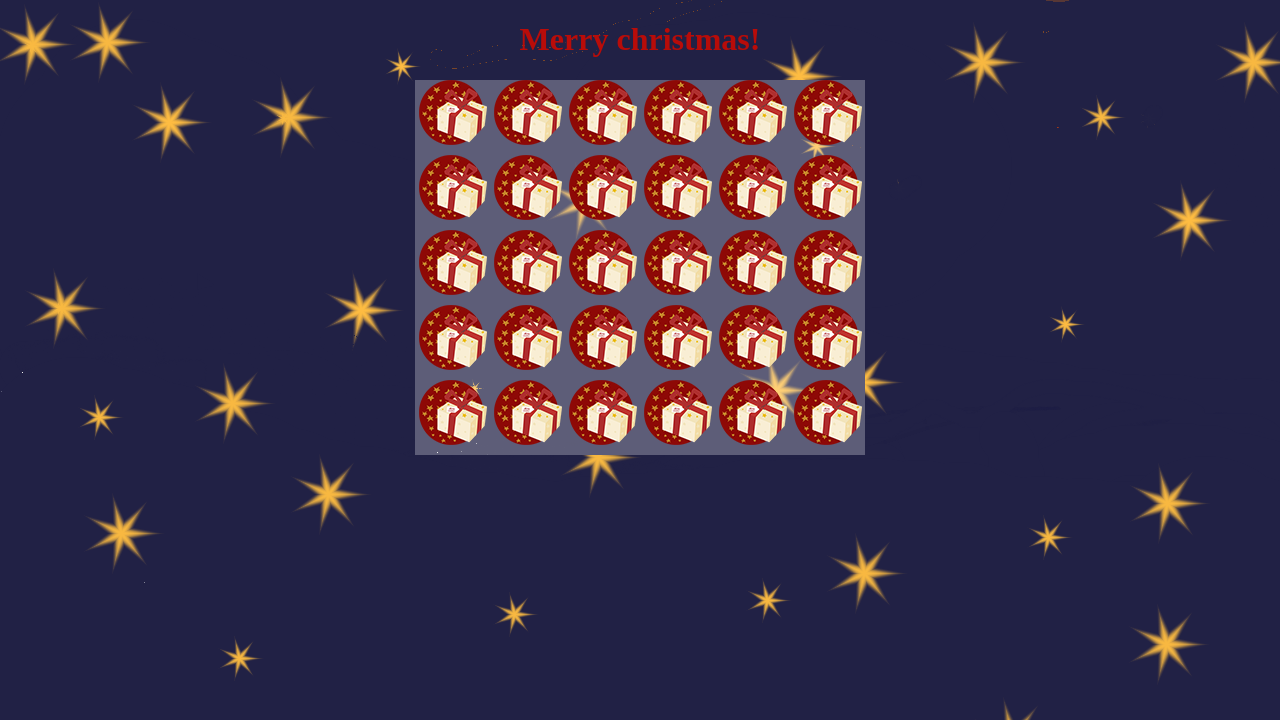
Repository: Angamanga/1dv403-laborationer
Page: 3-gameon/memory/index.html
The author's editor kept a record of every edit. The page is drawn from the files as they stood at one moment, then again after the next edit.
The browser window is 1280 px wide. The pictures show the whole page.
Some web fonts or font styles are not loaded; a fallback is used.

Above is the page before.

### 3-gameon/memory/index.html
<!doctype html>
<html lang="sv">

<head>
    <meta charset="utf-8" />
    <title>Game On!</title>
    <link href='//fonts.googleapis.com/css?family=Mountains+of+Christmas' rel='stylesheet' type='text/css'>
    <link rel="stylesheet" media="screen and (min-width:501px)" href="css/style.css">
    <link rel="stylesheet" media="screen and (max-width:500px)" href="css/mobile.css">
    <meta name="viewport" content="width=device-width, minimum-scale=1">



</head>

<body>
    <main>
        <h1>Merry christmas!</h1>

            <div id="game1"></div>
            <!--<div id="game2"></div>-->


    </main>
     <script src="js/random.js"></script>
     <script src="js/brick.js"></script>
    <script src="js/memory.js"></script>
    <script src="js/script.js"></script>
</body>
</html>

### 3-gameon/memory/css/style.css
/*@media screen and (min-width: 501px)*/
body{
    font-family: 'Mountains of Christmas', cursive;
    background:url(christmassy.png);
    background-color:#E6C79C;
    color:#B80C09;
}

main{
    max-width:960px;

    margin:auto;
    text-align:center;
}
#game1{
    background:url(christmassy-blur.png);
    overflow:hidden;
    background:
    margin:20px;
    margin:0 auto;


}

#game2{

    margin:0 auto;
    border: 1px dotted grey;
}
#game1 > div, #game2>div{
    float:left;
    width:75px;
    height:75px
}

/*#game1, #game2 > div{*/
/*    background: url(/pics/back.jpg) no-repeat;*/
/*}*/

### 3-gameon/memory/js/random.js

var RandomGenerator = {

	/*
		Denna metod tar antalet rader och columner som inparameter.

		Metoden returnerar en array inneh�llandes utslumpade tal mellan 1 och (rows*cols)/2. Varje tal representeras tv�
		g�nger och motsvarar s�ledes en spelbricka.

		I en 4*4 matris kan Arrayen t.ex. se ut s� h�r:
		[1,2,6,8,6,2,5,3,1,3,7,5,8,4,4,7]

		I en 2*4 matris kan Arrayen t.ex. se ut s� h�r:
		[3,4,4,1,2,1,2,3]
	*/

	getPictureArray: function(rows, cols)
	{
		var numberOfImages = rows*cols;
		var maxImageNumber = numberOfImages/2;

	   	var imgPlace = [];

	   //Utplacering av bilder i Array
	   for(var i=0; i<numberOfImages; i++)
		  imgPlace[i] = 0;

		for(var currentImageNumber=1; currentImageNumber<=maxImageNumber; currentImageNumber++)
		{
			var imageOneOK = false;
			var imageTwoOK = false;

			do
			{
				if(imageOneOK == false)
				{
					var randomOne = Math.floor( (Math.random() * (rows*cols-0) + 0) );

					if( imgPlace[randomOne] == 0 )
					{
						imgPlace[randomOne] = currentImageNumber;
						imageOneOK = true;
					}
				}

				if(imageTwoOK == false)
				{
					var randomTwo = Math.floor( (Math.random() * (rows*cols-0) + 0) );

					if( imgPlace[randomTwo] == 0 )
					{
						imgPlace[randomTwo] = currentImageNumber;
						imageTwoOK = true;
					}
				}
			}
			while(imageOneOK == false || imageTwoOK == false);
		}

		return imgPlace;
	}
}

### 3-gameon/memory/js/brick.js
"use strict";
function Brick(id){

	this.getBrickID = function(){
		return id;
	};
	this.getBrickSrc= function(){
		return "pics/" + id +".png";
	}


	}

### 3-gameon/memory/js/memory.js
"use strict";

var Memory = function(rows, cols, gameID) {
    this.rows = rows; // antal rader
    this.cols = cols; // antal kolumner
    this.gameID = gameID; //hanvisning till div id
    this.order = RandomGenerator.getPictureArray(rows, cols); //array med slumpade nummer
    this.bricks = []; //array med brickor som ska anvandas
    this.flippedBricks = [];
    this.counter = 0;
    this.nbCorrectGuesses = 0;
    this.classID;
    this.nbGuesses = 0;

};

Memory.prototype.flipBrick = function(n, backImage) {
        if (this.counter === 0) {
            this.flippedBricks.push(this.bricks[n].getBrickID());
            this.classID = n;

            return this.bricks[n].getBrickSrc();
        }
        else if (this.counter === 1) {
            this.flippedBricks.push(this.bricks[n].getBrickID());
            return this.bricks[n].getBrickSrc();
        }
    }
    //         else if(this.counter===1){
    //             backImage.src = this.bricks[n].getBrickSrc();
    //             this.brick2=this.bricks[n].getBrickID();
    //           var brick1=document.getElementsByClassName(this.classID);
    //         //     if(this.brick1.getBrickID()===this.brick2.getBrickID()){
    //         //     this.nbCorrectGuesses+2;
    //         //     if(this.nbCorrectGuesses===this.bricks.length){
    //         //     alert("Du klarade det pa " +this.nbCorrectGuesses/2+" gissningar!");
    //         //  }
    //         // else{
    //      setTimeout(function() {
    //         backImage.src = "pics/back.png";
    //         brick1.backImage.src="pics/back.png";
    //      }, 700);
    //      this.counter=0;

//     //     }
//     //   };

//             }
//         }.bind(this);


//   };

Memory.prototype.addBricks = function(n) {
    var memBoard = document.getElementById(this.gameID);
    memBoard.style.width=(this.cols*75+"px");
    memBoard.style.height=(this.rows*75+"px");
    var a = document.createElement("a");
    var backImage = document.createElement("img");
    var div = document.createElement("div");
    a.setAttribute("href", "#");
    backImage.setAttribute("class", n);
    backImage.src = "pics/back.png";
    memBoard.appendChild(div);
    div.appendChild(a);
    a.appendChild(backImage);

    a.onclick = function(e) {
        console.log(this.nbCorrectGuesses);
        if (this.counter === 0) {
            backImage.src = this.flipBrick(n);
            this.counter = 1;
            this.nbGuesses += 1;
            }
        else if (this.counter === 1) {
            backImage.src = this.flipBrick(n);
            if (this.flippedBricks[0] === this.flippedBricks[1]) {
                this.nbCorrectGuesses += 2;
                    if (this.nbCorrectGuesses === this.bricks.length) {
                        alert("You won the game! You needed " + this.nbGuesses + " to finish the game!");
                    }
            }
            else {
                    setTimeout(function() {
                        backImage.src = "pics/back.png";
                        var firstBrick = memBoard.getElementsByClassName(this.classID)[0];
                     firstBrick.src="pics/back.png";
                        }.bind(this), 700);
                    }
                this.flippedBricks=[];
                this.counter=0;
                }

    }.bind(this);

};

Memory.prototype.start = function() {
    //skapar brickor med slumpade id:n och lagger dom i arrayen bricks.
    for (var i = 0; i < this.order.length; i++) {
        this.bricks[i] = new Brick(this.order[i]);
    }
    //lagger ut brickorna pa sidan
    for (var j = 0; j < this.bricks.length; j++) {
        this.addBricks(j);
    }
};

### 3-gameon/memory/js/script.js
"use strickt";
var MemoryApp = {
   init: function(){
      var mem1 = new Memory(5,6,"game1");
      //var mem2 = new Memory(4,3,"game2");
      mem1.start();
      //mem2.start();
   }
};

window.onload=MemoryApp.init();

### 3-gameon/memory/css/mobile.css
/*@media screen and (max-width: 500px)*/
body{
    font-family: 'Mountains of Christmas', cursive;
    background-color:#E6C79C;
    color:#143109;
}
main{
    max-width:90%;
    background-color:#B80C09;
    margin:auto;
    text-align:center;
}

After the next edit:
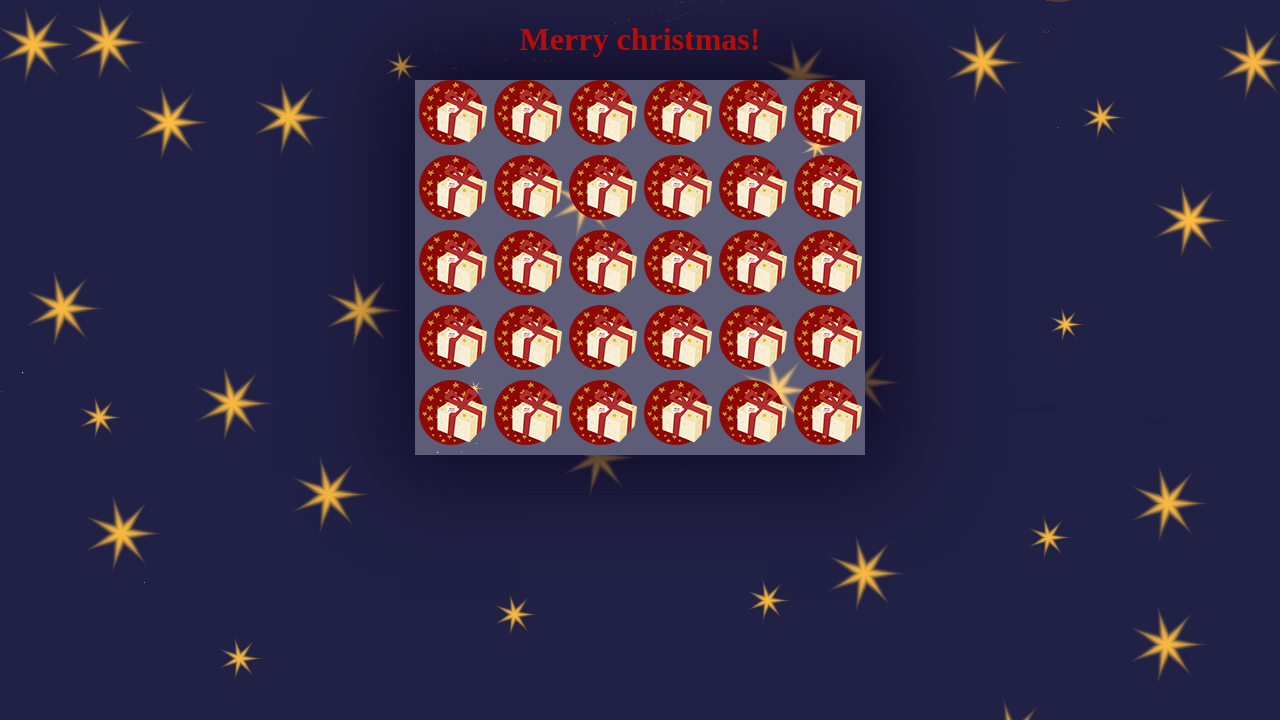
The edit:
--- a/3-gameon/memory/css/style.css
+++ b/3-gameon/memory/css/style.css
@@ -15,7 +15,9 @@
 #game1{
     background:url(christmassy-blur.png);
     overflow:hidden;
-    background:
+-webkit-box-shadow: 3px -2px 82px 21px rgba(16,10,38,1);
+-moz-box-shadow: 3px -2px 82px 21px rgba(16,10,38,1);
+box-shadow: 3px -2px 82px 21px rgba(16,10,38,1);
     margin:20px;
     margin:0 auto;
 
